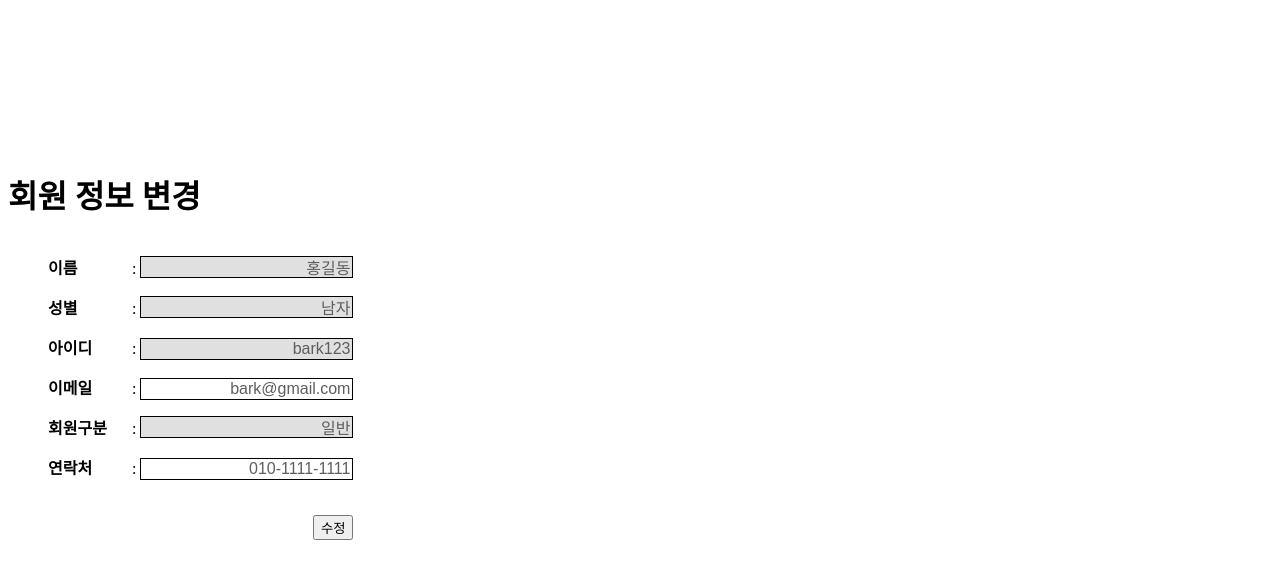
Repository: jngwk/Project-Bark
Page: http://localhost/Bark/include/userEditProfileFrm.jsp
These files come from the project's save history. The page is drawn as it stood at one moment and after the next save; the edit follows.
The browser window is 1280 px wide. The pictures show the whole page.
The page is served by Tomcat 9. Other server files are loaded and not shown.

Above is the page before, as saved 2024-03-31 05:05:10.

### java_workspace/Bark/src/main/webapp/include/userEditProfileFrm.jsp
<%@ page language="java" contentType="text/html; charset=UTF-8"
    pageEncoding="UTF-8"%>
<%@ taglib prefix="c" uri="http://java.sun.com/jsp/jstl/core" %>
<!DOCTYPE html>
<html>
<head>
<meta charset="UTF-8">
<title>header</title>
<c:set var="contextPath" value="${pageContext.request.contextPath }"/>
<link rel="stylesheet" href="${contextPath }/css/userEditProfileFrm.css"/>
</head>
<!--  이름 성별 아이디 이메일 회원구분 연락처 연락처2-->
<body>
<div class="container">
	<h1 id="info_header">회원 정보 변경</h1>
		<div class = "main_info">
			<ul class = "info-list">
				<li><span class="label-text">이름</span> :
				<input class="profile" type="text" data-text-content="true"
				value="홍길동" readonly></li>

				<li><span class="label-text">성별</span> :
				<input class="profile" type="text" data-text-content="true"
				value="남자" readonly></li>

				<li><span class="label-text">아이디</span> :
				<input class="profile" type="text" data-text-content="true"
				value="bark123" readonly></li>

				<li><span class="label-text">이메일</span> :
				<input class="profile1" type="text" data-text-content="true"
				value="bark@gmail.com" ></li>

				<li><span class="label-text">회원구분</span> :
				<input class="profile" type="text" data-text-content="true"
				value="일반" readonly></li>

				<li><span class="label-text">연락처</span> :
				<input class="profile1" type="text" data-text-content="true"
				value="010-1111-1111" ></li>
				<li class="align-right">
				<input type="submit" class="btn" value="수정" style="margin-left: 150px">
				</li>
			</ul>
		</div>
		</div>
</body>
</html>

### java_workspace/Bark/src/main/webapp/css/userEditProfileFrm.css
@charset "UTF-8";
.container{
	position: absolute;
	top: 150px;
}
input.profile[type="text"] {
    border: 1px solid black; /* 테두리 스타일 변경 */
    color: rgb(94, 94, 94);
	text-align: right;
	background-color: rgb(224, 224, 224);
	font-size: 16px;
}

input.profile[type="text"]:focus {
    outline: none; /* 클릭했을 때 테두리 스타일 변경 */
}
input.profile1[type="text"] {
    border: 1px solid black; /* 테두리 스타일 변경 */
    color: rgb(94, 94, 94);
	text-align: right;
	background-color: white;
	font-size: 16px;
}

input.profile1[type="text"]:focus {
    outline: none; /* 클릭했을 때 테두리 스타일 변경 */
}
ul {
    list-style-type: none; /* 불릿 제거 */
}
.label-text {
    display: inline-block;
    width: 80px; /* 고정 너비 설정 */
    font-size: 16px;
    padding-bottom: 16px;
    font-weight: 700;

}

.main_info {
    min-width:300px;
    display: flex;
    flex-direction: column;
    justify-content: center;
    align-items: center;
}
.info-list {
    align-items: center;
    justify-content: center;
}

.align-right {
    text-align: right;
    padding-top: 20px;
}

After the next save:
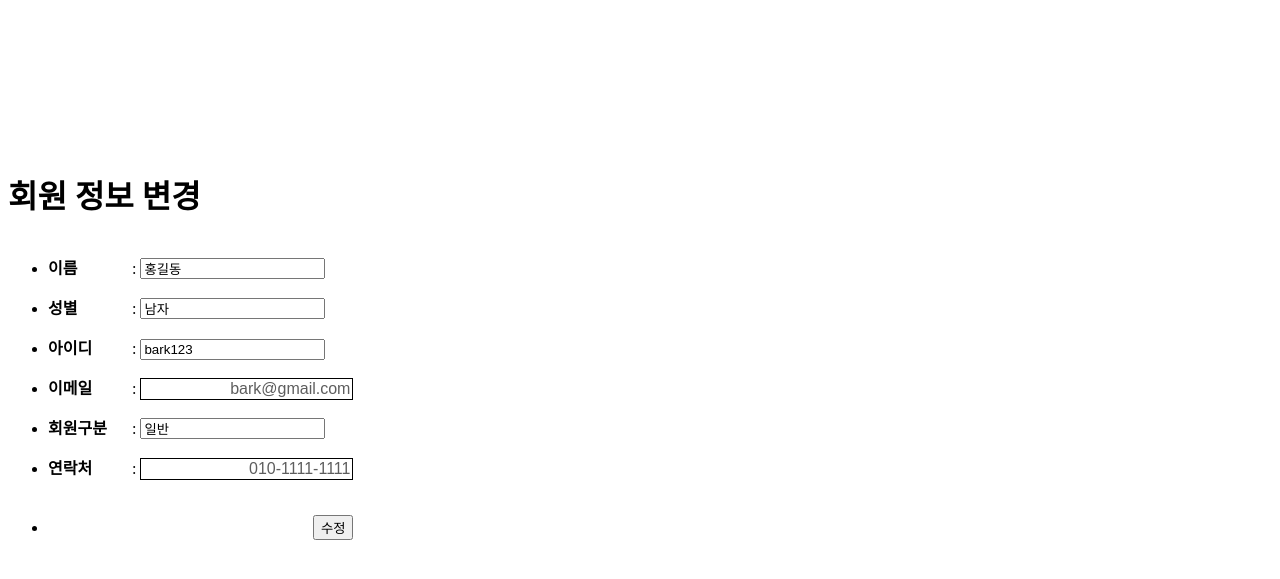
Saved 80 s later.
--- a/java_workspace/Bark/src/main/webapp/css/userEditProfileFrm.css
+++ b/java_workspace/Bark/src/main/webapp/css/userEditProfileFrm.css
@@ -3,7 +3,7 @@
 	position: absolute;
 	top: 150px;
 }
-input.profile[type="text"] {
+/* input.profile[type="text"] {
     border: 1px solid black; /* 테두리 스타일 변경 */
     color: rgb(94, 94, 94);
 	text-align: right;
@@ -24,7 +24,7 @@ input.profile1[type="text"] {
 
 input.profile1[type="text"]:focus {
     outline: none; /* 클릭했을 때 테두리 스타일 변경 */
-}
+} */
 ul {
     list-style-type: none; /* 불릿 제거 */
 }
